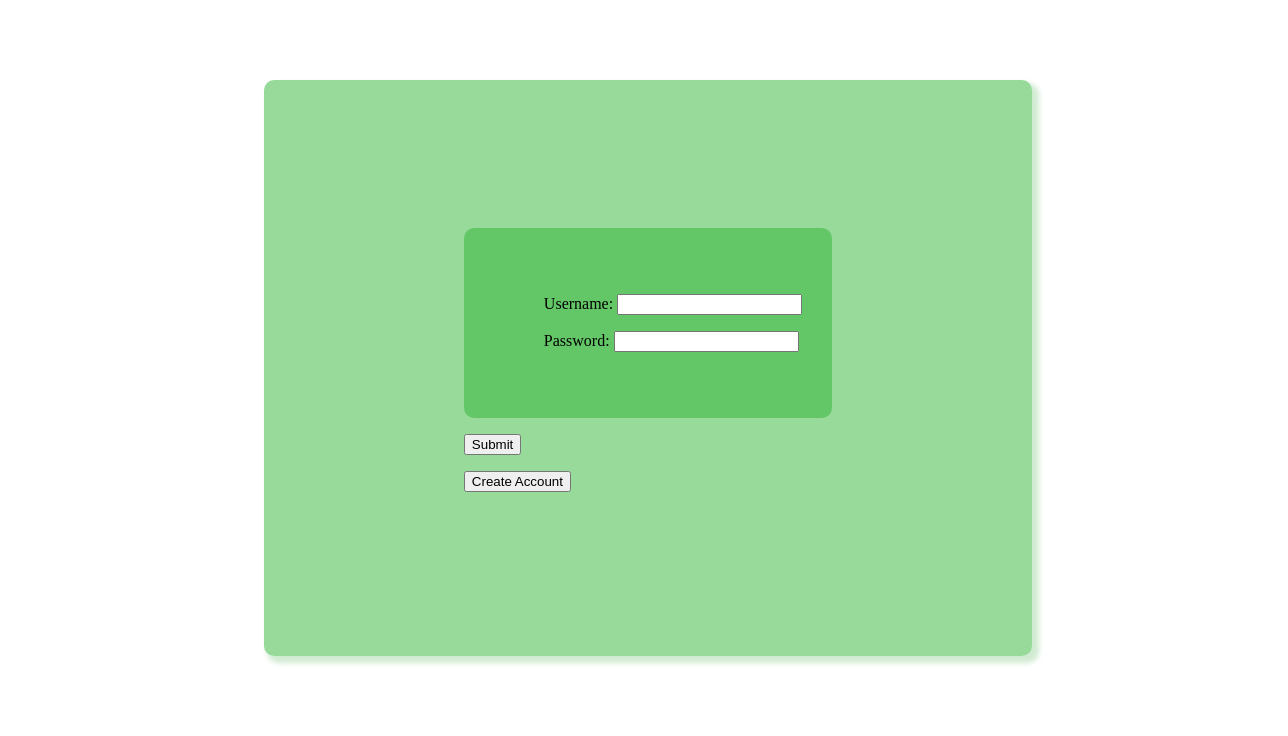
Repository: Jtho28/4830-group-project
Page: Esports-webproj/src/main/webapp/WEB-INF/Login.html
These files come from the project's save history. The page is drawn as it stood at one moment and after the next save; the edit follows.
The browser window is 1280 px wide. The page is 1288 px wide, so the pictures cover 1288 px, including what lies to the right of the window. The pictures show the whole page.

Above is the page before, as saved 2022-11-16 21:28:06.

### Esports-webproj/src/main/webapp/WEB-INF/Login.html
<!DOCTYPE html>
<html>
<head>
<meta charset="UTF-8">
<title>Login</title>
<link rel="stylesheet" href="login.css">
</head>
<body>
<div class="login">
<form action="Login" method="post">
<div class="fields">
<p>Username: <input type="text" name="username" /></p>
<p>Password: <input type="password" name="password" /></p>
</div>
<p><input type="submit" />
<p><button type="button">
Create Account
</button>
</form>
</div>
</body>
</html>

### Esports-webproj/src/main/webapp/WEB-INF/login.css
@charset "UTF-8";

body {
	display: flex;
	align-items: center;
	justify-content: center;
	height: 100vh;
	width: 100vw;
	background: rgba(255,255,255, .8);

}

.login {
	height: 80vh;
	width: 60vw;
	display: flex;
	align-items: center;
	justify-content: center;

	border-radius: 10px;
	background: rgba(50, 181, 55, .5);
	transition: ease all 0.5s;
	box-shadow: 5px 5px 5px 2px rgba(25,154,30, .2)
}
.login:hover {
	background: rgba(50, 181, 55, .5);
}

.login .fields{
	background: rgba(50, 181, 55, .5);
	border-radius: 10px;
	padding-top: 50px;
  	padding-right: 30px;
  	padding-bottom: 50px;
  	padding-left: 80px;
}

h1 {
	color: yellow;
	margin-left: 20px;
}

After the next save:
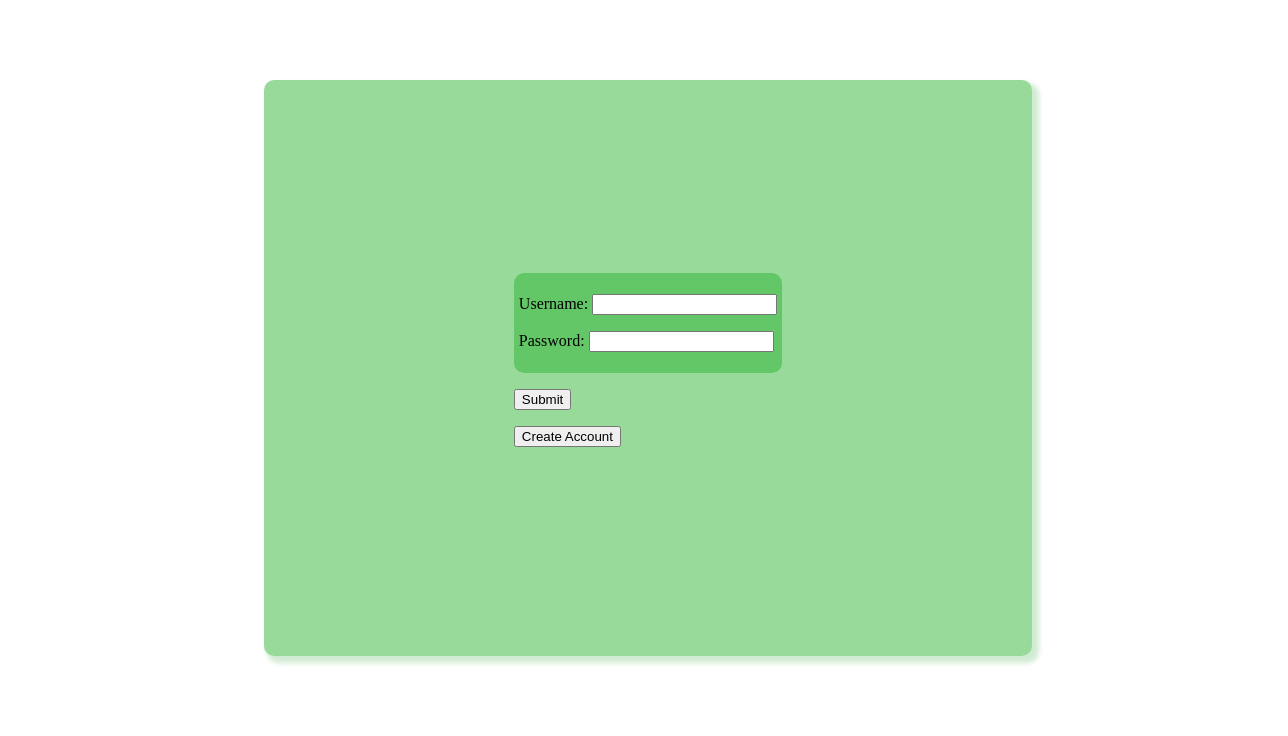
Saved 24 s later.
--- a/Esports-webproj/src/main/webapp/WEB-INF/login.css
+++ b/Esports-webproj/src/main/webapp/WEB-INF/login.css
@@ -29,10 +29,10 @@ body {
 .login .fields{
 	background: rgba(50, 181, 55, .5);
 	border-radius: 10px;
-	padding-top: 50px;
-  	padding-right: 30px;
-  	padding-bottom: 50px;
-  	padding-left: 80px;
+	padding-top: 5px;
+  	padding-right: 5px;
+  	padding-bottom: 5px;
+  	padding-left: 5px;
 }
 
 h1 {
